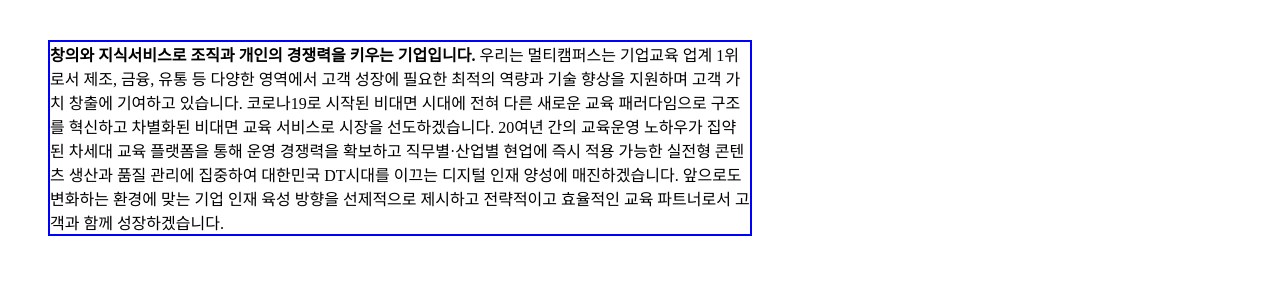
Repository: Pang-Ho/TIL
Page: JavaScript/workspace_web/csstest/WebContent/absolut.html
The author's editor kept a copy of each file at every save. The page is drawn from the files as they stood at one save, then again after the next save.
The browser window is 1280 px wide. The pictures show the whole page.

Above is the page before, as saved 2021-08-23 00:54:57.

### JavaScript/workspace_web/csstest/WebContent/absolut.html
<!DOCTYPE html>
<head>
  <meta charset="UTF-8">
  <title>Document</title>
  <style type="text/css">
  .content{
  border : 2px solid blue;
  width : 700px;
  margin : 40px;
  /* position : static; */
  top :20px;
  left:20px;
  }
  .box:nth-child(1)
  </style>
</head>
<body>
    <div class="content">
      <div class="text">
        <b>창의와 지식서비스로 조직과 개인의 경쟁력을 키우는 기업입니다.</b>
        우리는 멀티캠퍼스는 기업교육 업계 1위로서 제조, 금융, 유통 등 다양한 영역에서 고객 성장에 필요한 최적의 역량과 기술 향상을 지원하며 고객 가치 창출에 기여하고 있습니다.
	코로나19로 시작된 비대면 시대에 전혀 다른 새로운 교육 패러다임으로 구조를 혁신하고 차별화된 비대면 교육 서비스로 시장을 선도하겠습니다.
	20여년 간의 교육운영 노하우가 집약된 차세대 교육 플랫폼을 통해 운영 경쟁력을 확보하고 직무별·산업별 현업에 즉시 적용 가능한 실전형 콘텐츠 생산과 품질 관리에 집중하여 대한민국 DT시대를 이끄는 디지털 인재 양성에 매진하겠습니다.
	앞으로도 변화하는 환경에 맞는 기업 인재 육성 방향을 선제적으로 제시하고 전략적이고 효율적인 교육 파트너로서 고객과 함께 성장하겠습니다.
      </div>
    </div>
    <div class="box"></div>
    <div class="box"></div>
    <div calss="box"></div>
</body>
</html>

After the next save:
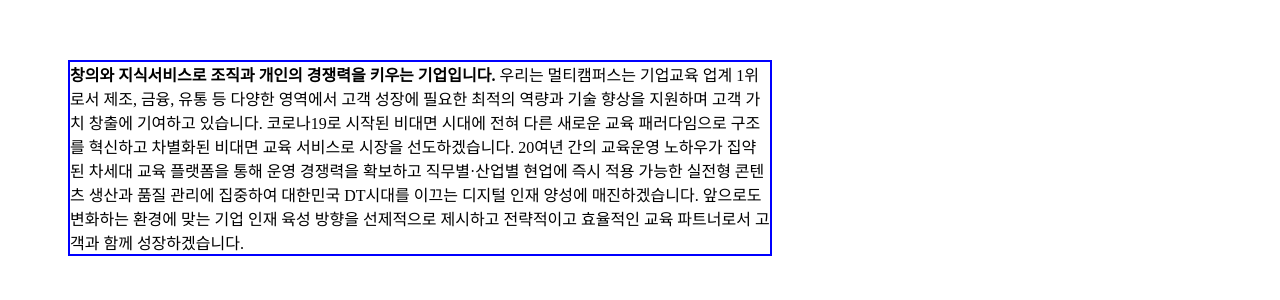
Saved 30 s later.
--- a/JavaScript/workspace_web/csstest/WebContent/absolut.html
+++ b/JavaScript/workspace_web/csstest/WebContent/absolut.html
@@ -8,6 +8,7 @@
   width : 700px;
   margin : 40px;
   /* position : static; */
+  position : relative;
   top :20px;
   left:20px;
   }
